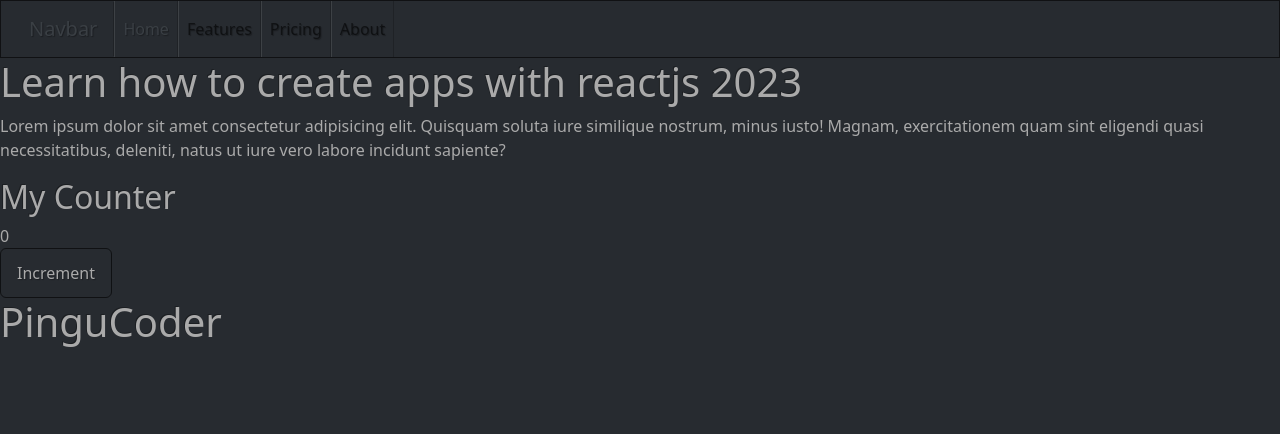
Repository: chanwarichawki/React-BC
Page: /
An editor plug-in stored every save of this project. The page is shown before and after the next save, followed by the edit.
The browser window is 1280 px wide. The pictures show the whole page.
Some web libraries are served in a nearby version. The project was rebuilt for these pictures with package versions that can differ from the ones it lists, and the page was loaded fresh each time. Also part of the build but not shown: vite.config.js.

Above is the page before, as saved 2024-01-15 18:07:01.

### src/App.jsx
// import Article from "./components/Article";
// import Header from "./components/Header";
import NavBar from "./components/NavBar";
import Products from "./components/Products";

function App() {
  return (
    <>
    <NavBar />
    <Products />
    <h1>PinguCoder</h1>
    </>
  )
}

export default App

### src/index.css
@import "/node_modules/bootswatch/dist/slate/bootstrap.min.css"

### src/components/NavBar.jsx

function NavBar() {
  return (
    <nav className="navbar navbar-expand-lg bg-dark" data-bs-theme="dark">
  <div className="container-fluid">
    <a className="navbar-brand" href="dd">Navbar</a>
    <button className="navbar-toggler" type="button" data-bs-toggle="collapse" data-bs-target="#navbarColor02" aria-controls="navbarColor02" aria-expanded="false" aria-label="Toggle navigation">
      <span className="navbar-toggler-icon"></span>
    </button>
    <div className="collapse navbar-collapse" id="navbarColor02">
      <ul className="navbar-nav me-auto">
        <li className="nav-item">
          <a className="nav-link active" href="dd">Home
            <span className="visually-hidden">(current)</span>
          </a>
        </li>
        <li className="nav-item">
          <a className="nav-link" href="dd">Features</a>
        </li>
        <li className="nav-item">
          <a className="nav-link" href="dd">Pricing</a>
        </li>
        <li className="nav-item">
          <a className="nav-link" href="dd">About</a>
        </li>
      </ul>
    </div>
  </div>
</nav>
  )
}

export default NavBar

### src/components/Products.jsx
import Counter from "./Counter";

function Products() {

  let title = "Learn how to create apps with reactjs 2023"
  let showList = true;
  let products = [
    {
      id: 1,
      label: "iphone 13",
      price: 2900
    },
    {
      id: 2,
      label: "samsung",
      price: 1200
    }
  ]
  return (
    <div>
      <h1>{title}</h1>
      <p>Lorem ipsum dolor sit amet consectetur adipisicing elit. Quisquam soluta iure similique nostrum, minus iusto! Magnam, exercitationem quam sint eligendi quasi necessitatibus, deleniti, natus ut iure vero labore incidunt sapiente?</p>

      <Counter />

      {/* {showList ? "show list of product" : "none"} */}

      {showList ? (

        <div>
        {products.map((product, index) => (
          <div key={index}>

          </div>
        ))}
        </div>
      )
      : ("none")
      }

    </div>
  )
}

export default Products

### src/components/Counter.jsx
import { useState } from "react";

function Counter() {

  let [count, setCount]=useState(0)

  const increment = () => {

    setCount((prev) => {
    console.log(prev)
    return setCount(count + 1);
    });
    console.log("salam", count)
  }

  return (
    <>
    <h2>My Counter</h2>
    <div>{count}</div>
    <button onClick={increment} className="btn btn -success">Increment</button>
    </>
  )
}

export default Counter

Loaded but not shown: index.html (common file); src/main.jsx (common file)

After the next save:
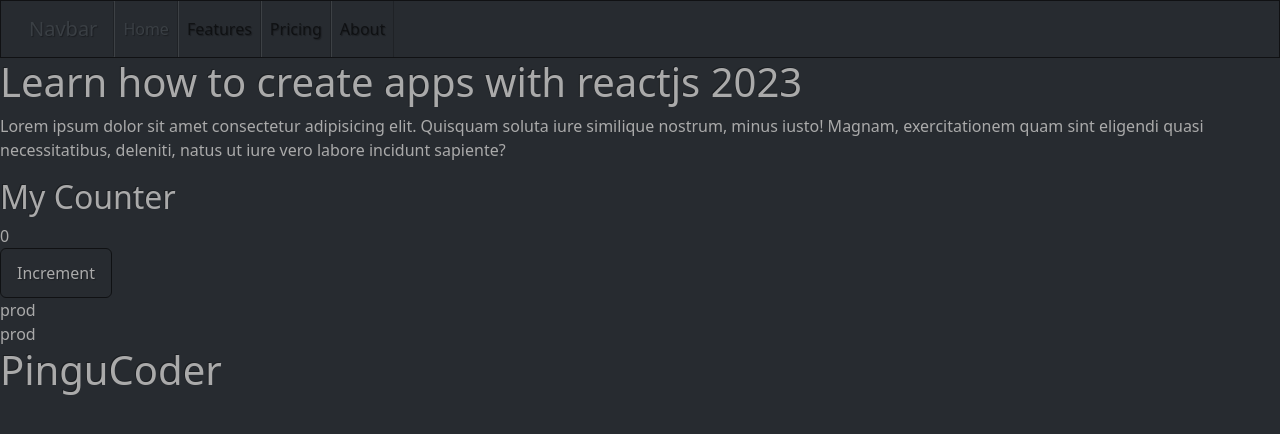
Saved 76 s later.
--- a/src/components/Products.jsx
+++ b/src/components/Products.jsx
@@ -30,7 +30,7 @@
         <div>
         {products.map((product, index) => (
           <div key={index}>
-
+            prod
           </div>
         ))}
         </div>

After the 4 saves that followed:
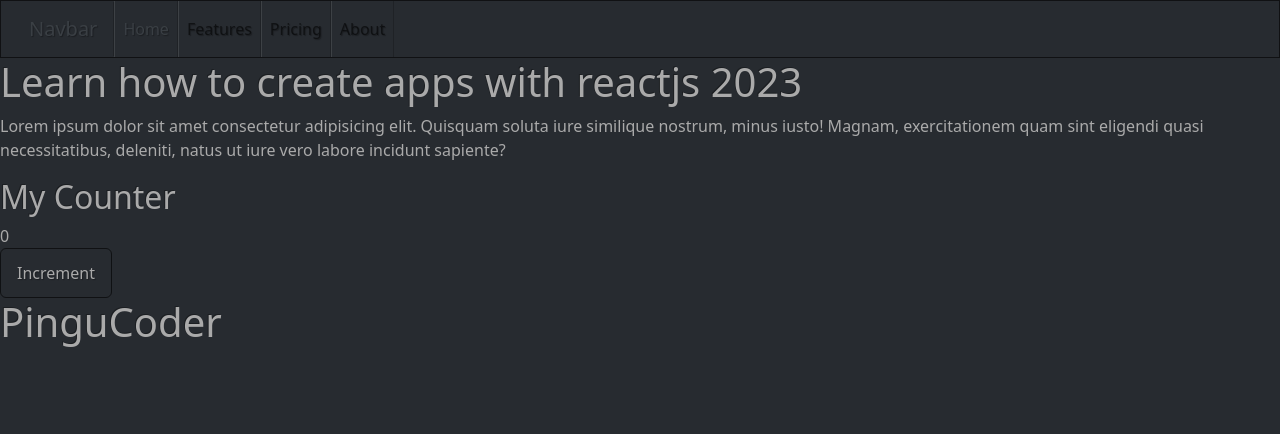
The 4 saves are shown as one change because they came seconds apart.
The last was saved 11 s later.
--- a/src/components/Products.jsx
+++ b/src/components/Products.jsx
@@ -30,7 +30,7 @@
         <div>
         {products.map((product, index) => (
           <div key={index}>
-            prod
+            <product />
           </div>
         ))}
         </div>
